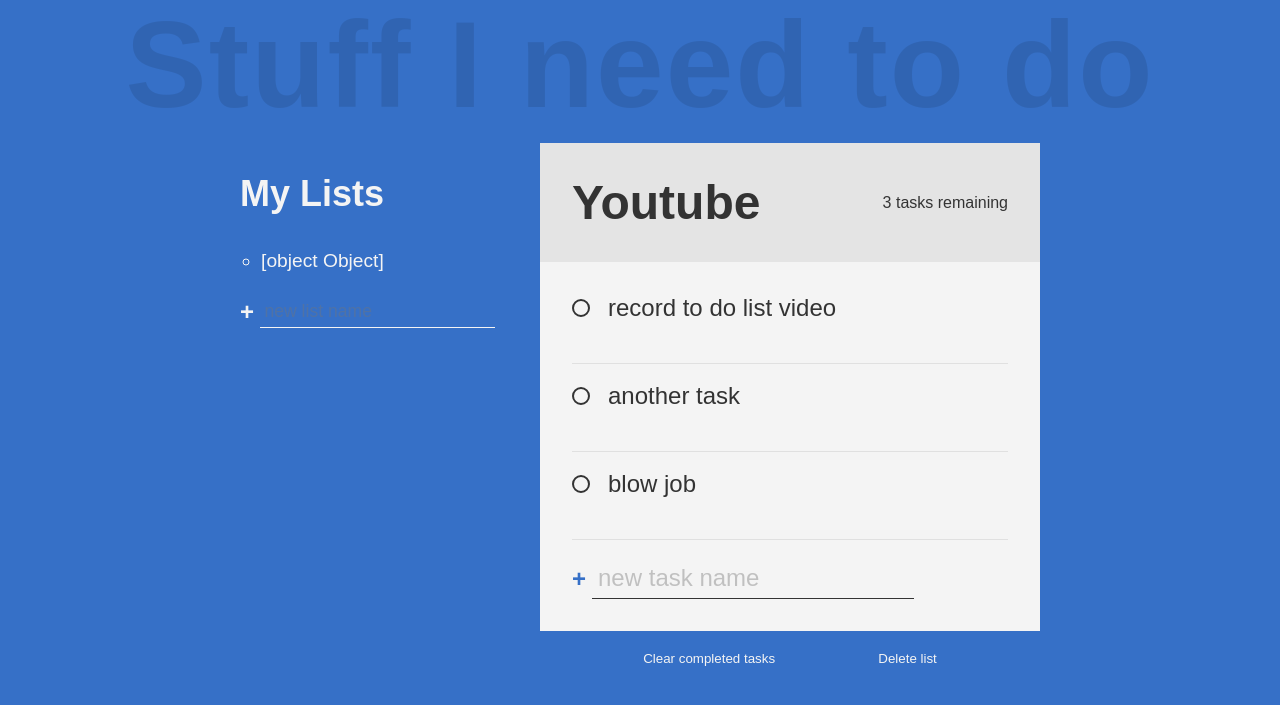
Repository: MohammadMazloum123/To-Do-List-App-
Page: index.html
These files come from the project's save history. The page is drawn as it stood at one moment and after a run of saves; the edit follows.
The browser window is 1280 px wide. The pictures show the whole page.

Above is the page before, as saved 2024-02-15 15:41:34.

### index.html
<!DOCTYPE html>
<html lang="en">
<head>
    <meta charset="UTF-8">
    <meta name="viewport" content="width=device-width, initial-scale=1.0">
    <title>To-Do List</title>
    <link rel="stylesheet" href="styles.css">
</head>
<body>
    <h1 class="title">Stuff I need to do</h1>
    <div class="all-tasks">
        <h2 class="task-list-title">My Lists</h2>
        <ul class="task-list" data-lists>
            <li class="list-name active-list">My Grocery</li>
            <li class="list-name" >YouTube</li>
            <li class="list-name">Work</li>
        </ul>
        <form>
            <input type="text" class="new list" placeholder="new list name" aria-label="new list name">
            <button class="btn create" aria-label="create new list">+</button>
        </form>
    </div>
    <div class="todo-list">
        <div class="todo-header">
            <h1 class="list-title">Youtube</h1>
            <p class="task-count">3 tasks remaining</p>
        </div>
        <div class="todo-body">
            <div class="tasks">
                <div class="task">
                    <input type="checkbox" id="task-1">
                    <label for="task-1">
                        <span class="custom-checkbox"></span>
                        record to do list video
                    </label>
                </div>
                <!--Task 1-->
                <div class="task">
                    <input type="checkbox" id="task-2">
                    <label for="task-2">
                        <span class="custom-checkbox"></span>
                        another task
                    </label>
                </div>
                <!--Task 2-->
                <div class="task">
                    <input type="checkbox" id="task-3">
                    <label for="task-3">
                        <span class="custom-checkbox"></span>
                        blow job
                    </label>
                </div>
                <!--Task 3-->
            </div>
            <div class="new-task-creator">
                <form>
                    <input type="text" class="new task" placeholder="new task name" aria-label="new task name">
                    <button class="btn create" aria-label="create new task">+</button>
                </form>
            </div>
            <div class="delete-stuff">
                <button class="btn delete">Clear completed tasks</button>
                <button class="btn delete">Delete list</button>
            </div>
        </div>
    </div>
    <!--Java Script-->
    <script defer src="script.js"></script>
</body>
</html>

### styles.css
:root{
    --clr-primary: rgb(54, 112, 199);
    --clr-light: #f4f4f4;
    --clr-dark:#333;
    --clr-warning: rgb(99, 36, 36);
}
*,
*::before,
*::after{
    font-family: inherit;
    box-sizing: border-box;
}

body{
    margin: 0;
    font-family: "Work Sans", sans-serif;
    font-weight: 300;
    font-size: 1.5rem;
    background-color: var(--clr-primary);
    color: var(--clr-light);
    display: grid;
    grid:
        "header header header header" auto
        "...... lists active ......" auto /
        1fr minmax(100px, 300px) minmax(250px, 500px) 1fr;
}
.title{
    grid-area: header;
    text-align: center;
    font-weight: 800;
    font-size: calc(7vw + 2rem);
    color: rgba(0, 0, 0, .1);
    margin: -.3rem 0 0.5rem;
    letter-spacing: 2px;
}
form{
    display: flex;
}
.btn{
    background: 0;
    cursor: pointer;
    padding: 0;
    border: 0;
    color: inherit;
}
.btn.create{
    font-size: 1.5rem;
    font-weight: 900;
    margin-right: .25em;
    transition: opacity 250ms ease-in;
}
.btn.create:hover{
    opacity: .7;
}

.new{
    background: transparent;
    border: 0;
    color: inherit;
    outline: none;
    font-size: inherit;
    border-bottom: 1px solid currentColor;
    transition: border-bottom 150ms ease-in;
    order: 2;
    padding: 0.25em;
}
.new::placeholder{
    opacity: .4;
}
.new:focus{
    border-bottom-width: 3px;
}

.new:focus::placeholder{
    opacity: 0.15;
}
.active-list{
    font-weight: 800;
}
.new.list{
    font-size: 1.1rem;
}
.all-tasks{
    grid-area: lists;
}
.task-list{
    line-height: 1.7;
    list-style: circle;
    font-size: 1.2rem;
    padding-left: 1.1em;
}
.list-name{
    cursor: pointer;
}
.list-name:hover{
    opacity: .7;
}
.todo-list{
    --spacer:2rem;
    grid-area: active;
    background: var(--clr-light);
    color: var(--clr-dark);
}
.todo-header{
    padding: var(--spacer);
    background: #e4e4e4;
    display: flex;
    align-items: center;
    justify-content: space-between;
}
.list-title{
    margin: 0 1em 0 0;
}
.task-count{
    margin: 0;
    font-size: 1rem;
}
.todo-body{
    padding: var(--spacer);
    position: relative;
}
.new-task-creator .create{
    color: var(--clr-primary);
}
.new.task{
    margin-bottom: 0;
}

[type="checkbox"]{
    opacity: 0;
    position: absolute;
}
.task label{
    display: inline-flex;
    align-items: center;
    position: relative;
    margin-bottom: 1.25em;
}
.task{
    position: relative;
    margin-bottom: 1.25em;
}
.task::after{
    content: "";
    position: absolute;
    left: 0;
    right: 0;
    height: 1px;
    bottom: -0.5em;
    background: currentColor;
    opacity: 0.1;

}
.custom-checkbox{
    --size: 0.75em;
    display: inline-block;
    width: var(--size);
    height: var(--size);
    margin-right: var(--size);
    cursor: pointer;
    border: 2px solid currentColor;
    border-radius: 50%;
    transform: scale(1);
    transition: transform 300ms ease-in-out;
}
.task:hover .custom-checkbox,
[type="checkbox"]:focus + label .custom-checkbox {
    transform: scale(1.2);
    color: var(--clr-primary);
}

[type="checkbox"]:checked + label .custom-checkbox{
    background-color: var(--clr-primary);
    border-color: var(--clr-primary);
    box-shadow: inset 0 0 0px 2px white;
}
[type="checkbox"]:checked + label{
    opacity: 0.7;
}
.task label::after{
    content: "";
    position: absolute;
    left: 0;
    right: 0;
    left: 1.5em;
    top: 50%;
    height: 3px;
    background: currentColor;
    transform: scaleX(0);
    transform-origin:right ;
    transition: transform 150ms ease-in-out;
}
[type="checkbox"]:checked + label::after{
    transform: scaleX(1);
    transform-origin: left;
}
.delete-stuff{
    display: flex;
    justify-content: space-evenly;
    position: absolute;
    width: 100%;
    left: 0;
    bottom:-35px;
    color: var(--clr-light);
}

.btn.delete:hover{
    border-bottom: 2px solid #333;
    transform: scaleY(1.05);
}

### script.js
const listsContainer = document.querySelector('[data-lists]');
let lists = [{
    id:1,

}]

function render(){
    clearElement(listsContainer)
    lists.forEach(list =>{
        const listElement = document.createElement('li')
        listElement.classList.add('list-name')
        listElement.innerText = list
        listsContainer.appendChild(listElement)
    })
}
function clearElement(element){
    while(element.firstChild){
        element.removeChild(element.firstChild)
    }
}

render()

After the next 2 saves:
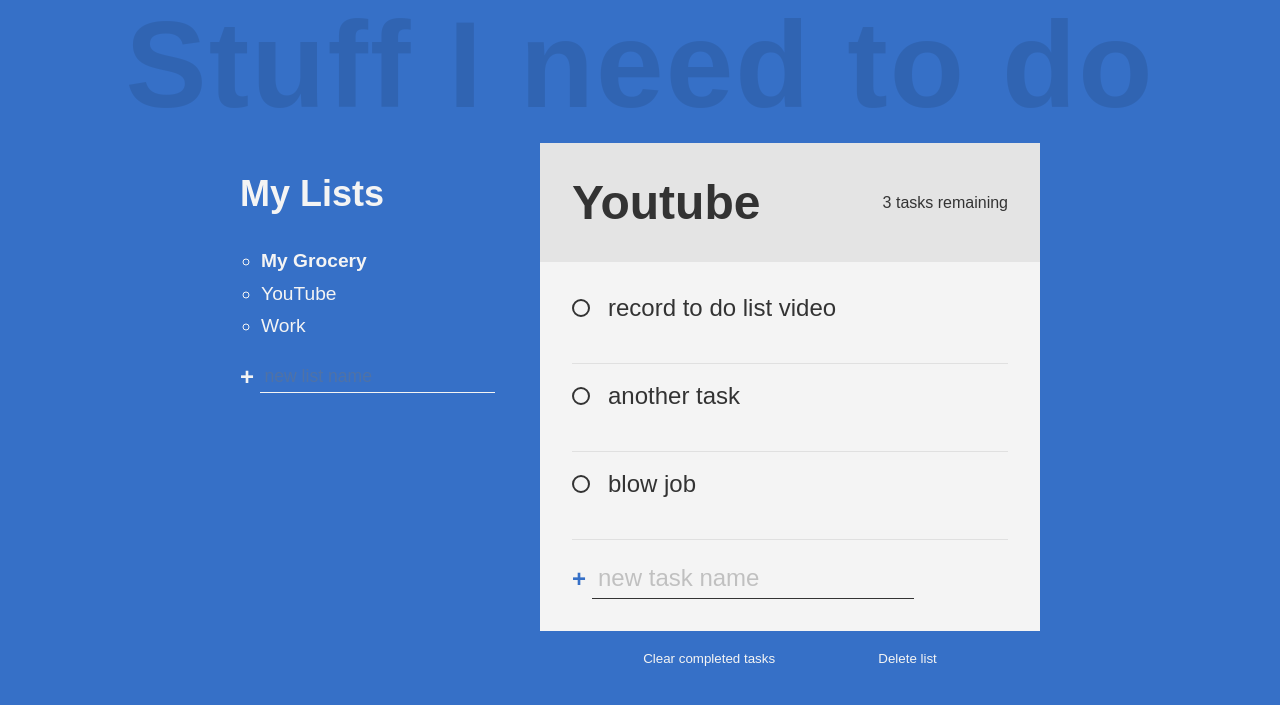
Console error: SyntaxError: Unexpected token '}'
The 2 saves are shown as one change because they came seconds apart.
The last was saved 11 s later.
--- a/script.js
+++ b/script.js
@@ -1,7 +1,7 @@
 const listsContainer = document.querySelector('[data-lists]');
 let lists = [{
     id:1,
-
+    name:
 }]
 
 function render(){

After the 2 saves that followed:
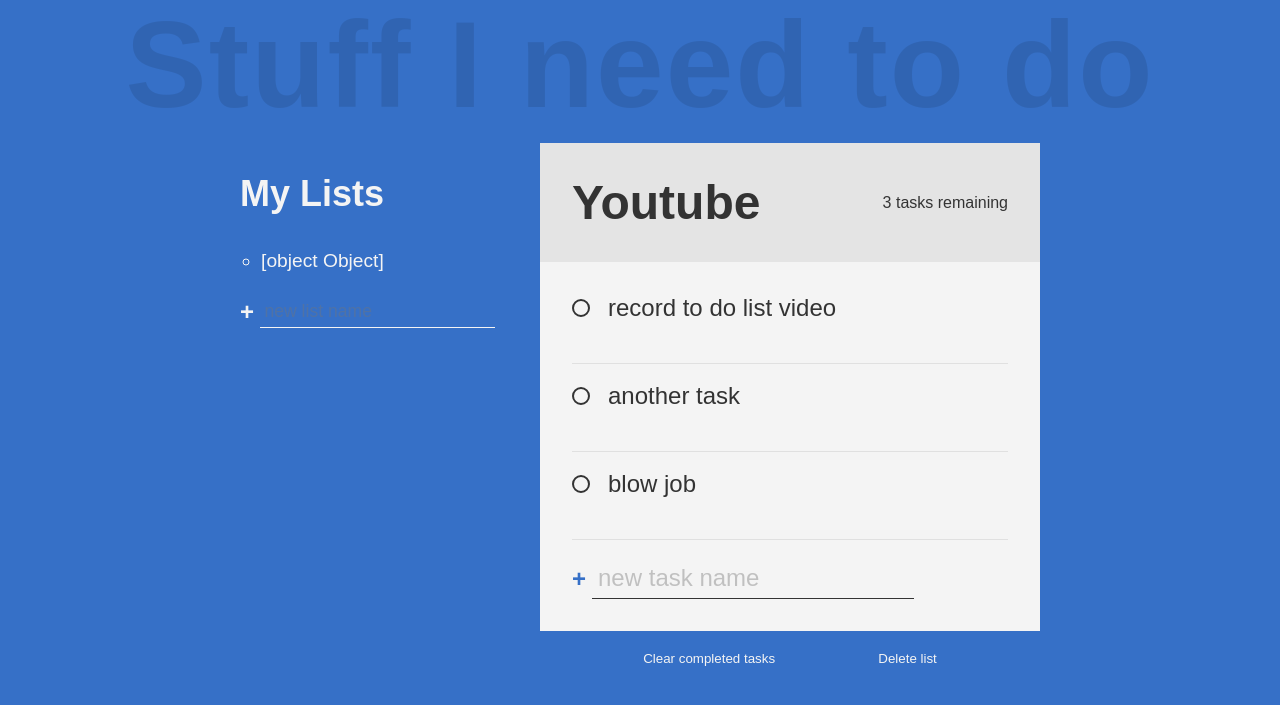
The error is gone.
The 2 saves are shown as one change because they came seconds apart.
The last was saved 8 s later.
--- a/script.js
+++ b/script.js
@@ -1,7 +1,7 @@
 const listsContainer = document.querySelector('[data-lists]');
 let lists = [{
     id:1,
-    name:
+    name:'blow job',
 }]
 
 function render(){
